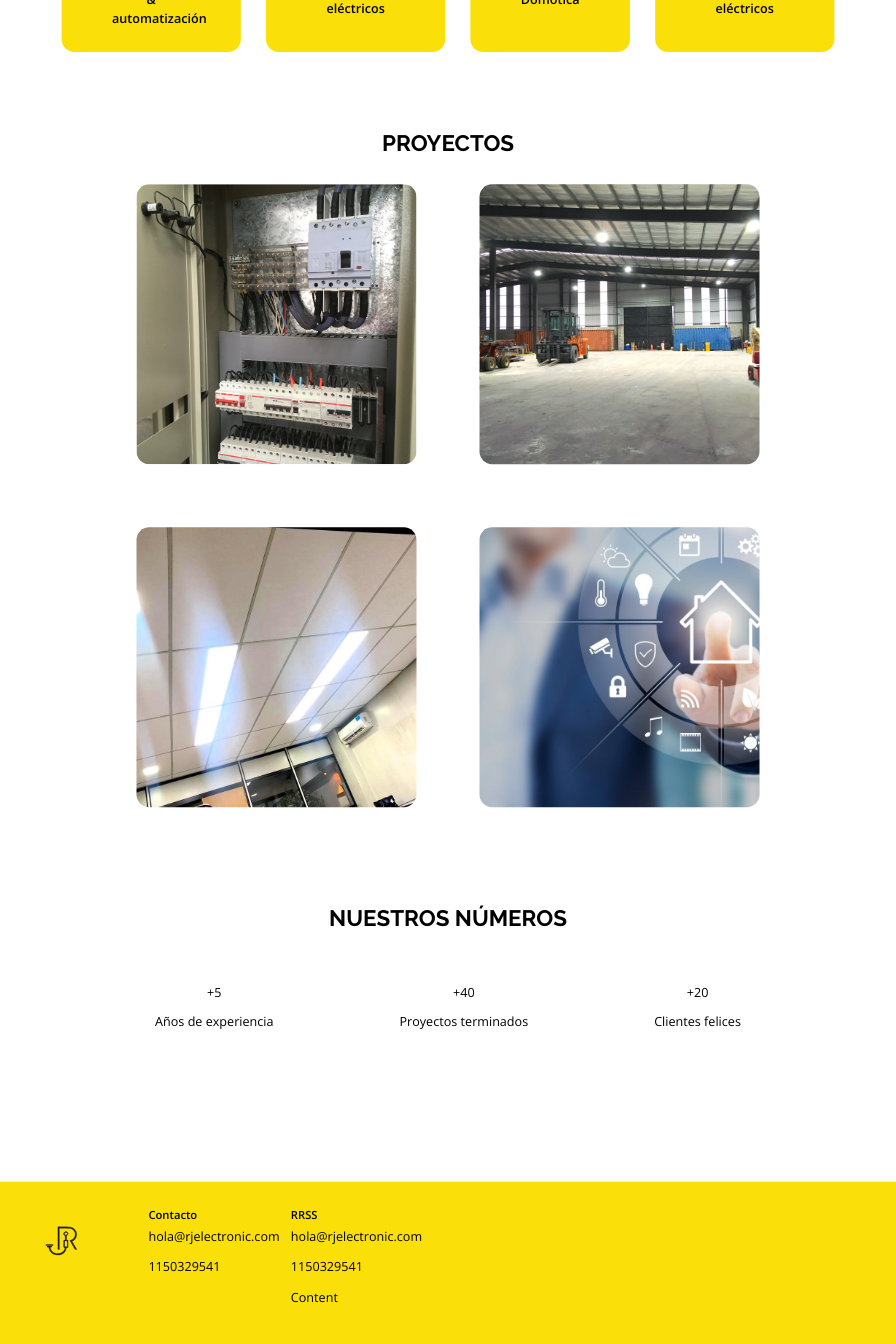
Repository: jeraldinnemg/rjelectronics
Page: index.html
These files come from the project's save history. The page is drawn as it stood at one moment and after the next save; the edit follows.
The browser window is 1280 px wide. The pictures show the part of the page from y = 963 to 2883 px (the page is 2883 px tall before and 2858 px after), at 70% of full size.
Some web libraries are served in a nearby version.

Above is the page before, as saved 2022-07-27 21:41:59.

After the next save:
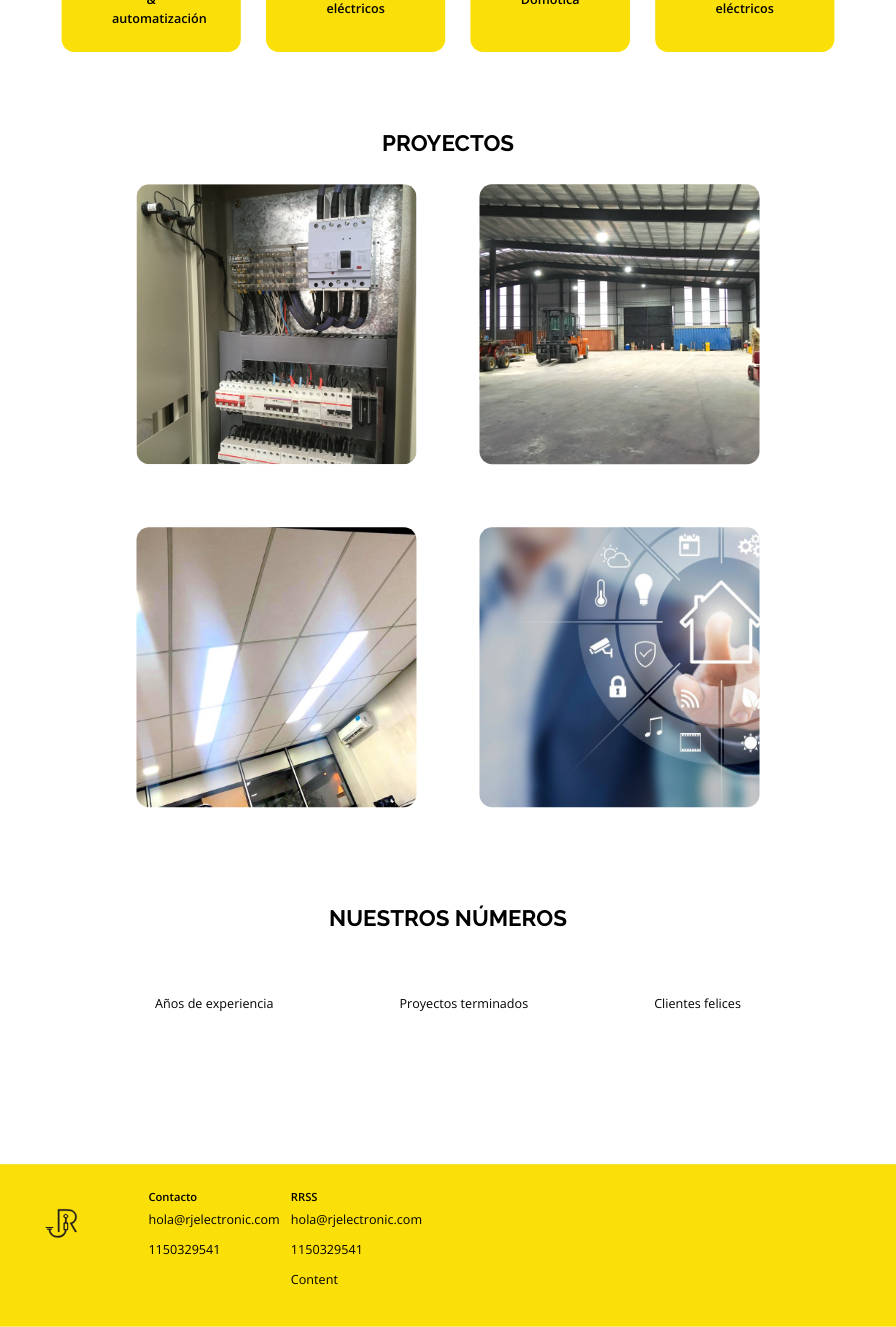
Saved 3 min 26 s later.
--- a/index.html
+++ b/index.html
@@ -137,15 +137,15 @@
             <h2 class="ff-serif fs-600 uppercase">Nuestros números</h2>
             <div class="container" >
             <div class="static flex">
-                <span>+5</span>
+                <span class="counter" data-target="5"></span>
                 <p>Años de experiencia</p>
             </div>
             <div class="static flex">
-                <span>+40</span>
+                <span class="counter" data-target="40"></span>
                 <p>Proyectos terminados</p>
             </div>
             <div class="static flex">
-                <span>+20</span>
+                <span class="counter" data-target="20"></span>
                 <p>Clientes felices</p>
             </div>
         </div>
